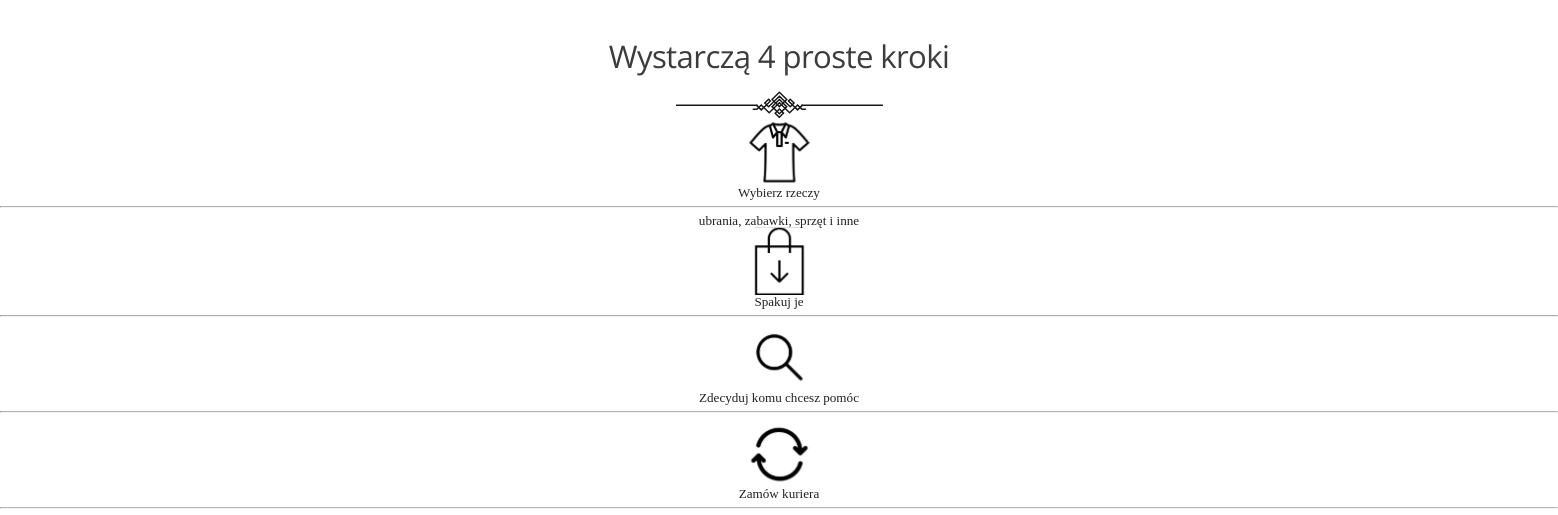
Repository: tomekwoojcik/oddam-w-dobre-rence
Page: /
The author's editor kept a copy of each file at every save. The page is drawn from the files as they stood at one save, then again after the next save.
The browser window is 1280 px wide. The page is 1900 px wide, so the pictures cover 1900 px, including what lies to the right of the window. The pictures show the part of the page from y = 1354 to 1998 px (the page is 1982 px tall before and 1998 px after), at 82% of full size.
The project was rebuilt for these pictures with package versions that can differ from the ones it lists, and the page was loaded fresh each time. Also part of the build but not shown: src/pages/logIn/logIn.js, src/pages/register/register.js.

Above is the page before, as saved 2022-12-07 20:31:37.

### public/index.html
<!DOCTYPE html>
<html lang="en">
  <head>
    <meta charset="utf-8" />
    <link rel="icon" href="%PUBLIC_URL%/favicon.ico" />
    <meta name="viewport" content="width=device-width, initial-scale=1" />
    <meta name="theme-color" content="#000000" />
    <meta
      name="description"
      content="Web site created using create-react-app"
    />
    <link rel="apple-touch-icon" href="%PUBLIC_URL%/logo192.png" />
    <link rel="manifest" href="%PUBLIC_URL%/manifest.json" />
    <title>React App</title>
    <link rel="preconnect" href="https://fonts.googleapis.com">
    <link rel="preconnect" href="https://fonts.gstatic.com" crossorigin>
    <link
      href="https://fonts.googleapis.com/css2?family=Merriweather:ital,wght@0,300;0,400;0,700;0,900;1,300;1,400;1,700;1,900&family=Open+Sans:ital,wght@0,300;0,400;0,500;0,600;0,700;0,800;1,300;1,400;1,500;1,600;1,700;1,800&display=swap"
      rel="stylesheet">
  </head>
  <body>
    <div id="root"></div>
  </body>
</html>

### src/index.js
import React from 'react'
import ReactDOM from 'react-dom/client'
import './scss/main.scss'
import App from './App'
import reportWebVitals from './reportWebVitals'

const root = ReactDOM.createRoot(document.getElementById('root'))
root.render(
  <React.StrictMode>
    <App />
  </React.StrictMode>
)

// If you want to start measuring performance in your app, pass a function
// to log results (for example: reportWebVitals(console.log))
// or send to an analytics endpoint. Learn more: https://bit.ly/CRA-vitals
reportWebVitals()

### src/scss/main.scss
@import './reset';
@import './settings/colors';
@import './settings/fonts';
@import '../components/atoms/buttonsMenu/buttonsMenu';
@import '../components/molecules/navMenu/navMenu';
@import '../components/atoms/buttonsLoginLogout/buttonsLoginLogout';
@import '../components/molecules/navLoginLogout/navLoginLogout';
@import '../components/molecules/menu/menu';
@import '../components/atoms/photoInHeader/photoInHeader.scss';
@import '../components/organisms/header/header';
@import '../components/atoms/partTextInHeader/firstPartText';
@import '../components/molecules/rightPart/rightPart';
@import '../components/molecules/textInHeader/textInHeader';
@import '../components/atoms/decorationAssets/decorationAssets';
@import '../components/molecules/menuRightPartContext/menuRightPartContext';
@import '../components/atoms/buttonsInRightPartContext/buttonsInRightPartContext';
@import '../components/organisms/threeColumns/threeColumns';
@import '../pages/home/home';
@import '../components/molecules/oneColumn/oneColumn';
@import '../components/atoms/counterInColumn/counterInColumn';
@import '../components/atoms/titleInColumn/titleInColumn';
@import '../components/atoms/textInColumn/textInColumn';
@import '../components/atoms/simpleStepsTitle/simpleStepsTitle';
@import '../components/organisms/simpleSteps/simpleSteps';

* {
    font-family: $font-base;
}

### src/App.js
/* eslint-disable react/react-in-jsx-scope */
import { Outlet, Route, Routes } from 'react-router'
import { BrowserRouter } from 'react-router-dom'
import Home from './pages/home/home'
import './App.css'
import LogIn from './pages/logIn/logIn'
import Register from './pages/register/register'

function App () {
  return (
    <div className="App">
      <Outlet />
      <BrowserRouter>
        <Routes>
          <Route path='/' element={<Home />} />
          <Route path='logowanie' element={<LogIn />} />
          <Route path='rejestracja' element={<Register />} />
        </Routes>

      </BrowserRouter>
    </div>
  )
}

export default App

### src/scss/settings/_colors.scss
$white-color: #F0F1F1;
$mustard-color: #5E5322;
$strong-yellow-color: #FAD648;
$grey-color: #737373;
$black-color: #3C3C3C;

### src/components/atoms/buttonsMenu/_buttonsMenu.scss
@import '../../../scss/settings/fonts';
@import '../../../scss/settings/colors';

.buttonItem {
    .button {
        font-size: 18px;
        padding: 9px 20px;
        color: $black-color;
        text-decoration: none;
        font-family: $font-base;
        border: 0.75px solid white;
    }

    .button:hover{
        border: 0.75px solid $black-color;
    }
}

### src/components/molecules/navMenu/_navMenu.scss
@import '../../../scss/settings/fonts';
@import '../../../scss/settings/colors';

.buttonList {
    margin-top: 10px;
    display: flex;
    flex-direction: row;
    justify-content: flex-end;
    margin-right: 142px;
}

### src/components/atoms/buttonsLoginLogout/_buttonsLoginLogout.scss
@import '../../../scss/settings/fonts';
@import '../../../scss/settings/colors';

.buttonMenuItems {
    .buttonMenu {
        font-family: $font-base;
        font-size: 14px;
        text-decoration: none;
        color: $grey-color;
        padding: 9px 10px;
        margin-left: 20px;
        border: 0.75px solid white;
    }

    .buttonMenu:hover{
        border-color: $strong-yellow-color;
    }
}

### src/components/molecules/navLoginLogout/_navLoginLogout.scss
.buttonMenuList{
    display: flex;
    flex-direction: row;
    justify-content: flex-end;
    margin-right: 142px;
    margin-bottom: 60px;
}

### src/components/molecules/menu/_menu.scss
.menu {
    width: 100%;
    margin-top: 37px;
    flex-direction: column;
}

### src/components/atoms/photoInHeader/_photoInHeader.scss
.photoHeader {
    width: 885px;
    height: 963px;
}

### src/components/organisms/header/_header.scss
.header {
    display: flex;
    flex-direction: row;
    width: 1758px;
}

### src/components/atoms/partTextInHeader/_firstPartText.scss
@import '../../../scss/settings/fonts';
@import '../../../scss/settings/colors';

.textInHeader{
    font-family: $font-base;
    font-size: 38px;
    margin-bottom: 10px;
}

### src/components/molecules/rightPart/_rightPart.scss
.rightPartHeader{
    display: flex;
    flex-direction: column;
}

### src/components/molecules/textInHeader/_textInHeader.scss
.textIn{
    margin-top: 210px;
}

### src/components/atoms/decorationAssets/_decorationAssets.scss
.decorationAssets {
    width: 253px;
    height: 33px;
    align-self: center;
    margin-top: 25px;
}

### src/components/molecules/menuRightPartContext/_menuRightPartContext.scss
.menuRightPartContext{
    display: flex;
    flex-direction: row;
    justify-content: center;
    margin-top: 65px;
}

### src/components/atoms/buttonsInRightPartContext/_buttonsInRightPartContext.scss
@import '../../../scss/settings/fonts';
@import '../../../scss/settings/colors';
@import '../../../scss/settings/otherVariables';

.buttonItemMenuContext {
    width: 250px;
    border: $border;
    padding: 13px 51px;

    .buttonMenuContext {

        text-transform: uppercase;
        text-decoration: none;
        color: $black-color;
        font-size: 36px;
        letter-spacing: 0.76px;
        word-wrap: break-word;
        font-family: $font-base;
        font-weight: 300;
    }

}

.buttonItemMenuContext:nth-child(2) {
    margin-left: 44px;
}

### src/scss/settings/_otherVariables.scss
@import '../settings/colors';
@import '../settings/colors';

$border: 0.75px solid $black-color;

### src/components/organisms/threeColumns/_threeColumns.scss
.threeColumns{
    background: url(../../../assets/backGround.png) ;
    width: 100%;
    display: flex;
    flex-direction: row;
    justify-content: space-around;
}

### src/pages/home/_home.scss
.homePage{
    width: 1900px;
    margin: 0 auto;
}

### src/components/molecules/oneColumn/_oneColumn.scss
.oneColumn {
    display: flex;
    flex-direction: column;
    justify-content: center;
    width: 334px;
    height: 252px;
    padding-top: 46px;
    padding-bottom: 86px;

}

### src/components/atoms/counterInColumn/_counterInColumn.scss
@import '../../../scss/settings/fonts';
@import '../../../scss/settings/colors';
@import '../../../scss/settings/otherVariables';

.counterColumn{
    font-size: 90px;
    font-family: $font-base;
    color: $mustard-color;
    font-weight: 300;
}

### src/components/atoms/titleInColumn/_titleInColumn.scss
@import '../../../scss/settings/fonts';
@import '../../../scss/settings/colors';
@import '../../../scss/settings/otherVariables';

.titleColumn{
    text-transform: uppercase;
    font-size: 18px;
    font-family: $font-base;
    letter-spacing: -0.36px;
    color: $black-color;
    margin: 10px 0 28px 0;

}

### src/components/atoms/textInColumn/_textInColumn.scss
@import '../../../scss/settings/fonts';
@import '../../../scss/settings/colors';
@import '../../../scss/settings/otherVariables';


.textColumn{
    font-family: $font-alt;
    font-size: 16px;
    font-weight: lighter;
    color: $black-color;
    letter-spacing: -0.32px;
    line-height: 25px;
}

### src/components/atoms/simpleStepsTitle/_simpleStepsTitle.scss
@import '../../../scss/settings/fonts';
@import '../../../scss/settings/colors';
@import '../../../scss/settings/otherVariables';

.simpleStepsTitle {
    font-size: 38px;
    font-family: $font-base;
    letter-spacing: -0.76px;
    color: $black-color;
    font-weight: 300;
}

### src/components/organisms/simpleSteps/_simpleSteps.scss
.simpleSteps{
    margin-top: 55px;
}

### src/pages/home/home.js
import React from 'react'
import Header from '../../components/organisms/header/header'
import SimpleSteps from '../../components/organisms/simpleSteps/simpleSteps'
import ThreeColumns from '../../components/organisms/threeColumns/threeColumns'

const Home = () => {
  return (
    <div className='homePage'>
      <Header />
      <ThreeColumns />
      <SimpleSteps/>
    </div>
  )
}

export default Home

### src/components/organisms/header/header.js
import React from 'react'
import PhotoInHeader from '../../atoms/photoInHeader/photoInHeader'
import RightPart from '../../molecules/rightPart/rightPart'
const Header = () => {
  return (
    <header className='header'>
      <PhotoInHeader />
      <RightPart />
    </header>

  )
}

export default Header

### src/components/organisms/simpleSteps/simpleSteps.js
import React from 'react'
import SimpleStepsTitle from '../../atoms/simpleStepsTitle/simpleStepsTitle'
import DecorationAssets from '../../atoms/decorationAssets/decorationAssets'
import SimpleStepsBar from '../../molecules/simpleStepsBar/simpleStepsBar'

const SimpleSteps = () => {
  return (
    <div className='simpleSteps'>
          <SimpleStepsTitle text={'Wystarczą 4 proste kroki'} />
          <DecorationAssets />
          <SimpleStepsBar/>
    </div>
  )
}

export default SimpleSteps

### src/components/organisms/threeColumns/threeColumns.js
import React from 'react'
import OneColumn from '../../molecules/oneColumn/oneColumn'

const ThreeColumns = () => {
  return (
        <div className='threeColumns'>
          <OneColumn counter={'10'} title={'Oddanych worków'} text={'Lorem ipsum dolor sit amet, consectetur adipisc Pellentesque vel enim a elit viverra elementuma. Aliquam erat volutpat.'} />
          <OneColumn counter={'5'} title={'Wspartych organizacji'} text={'Lorem ipsum dolor sit amet, consectetur adipisc Pellentesque vel enim a elit viverra elementuma. Aliquam erat volutpat.'} />
          <OneColumn counter={'7'} title={'Zorganizowanych zbiórek'} text={'Lorem ipsum dolor sit amet, consectetur adipisc Pellentesque vel enim a elit viverra elementuma. Aliquam erat volutpat.'} />
        </div>
  )
}

export default ThreeColumns

### src/components/atoms/photoInHeader/photoInHeader.js
import React from 'react'
import Image from '../../../assets/Home-Hero-Image.jpg'

const PhotoInHeader = () => {
  return (
    <img className='photoHeader' src={Image} />
  )
}

export default PhotoInHeader

### src/components/molecules/rightPart/rightPart.js
import React from 'react'
import Menu from '../menu/menu'
import RightPartContext from '../rightPartContext/rightPartContext'

const RightPart = () => {
  return (
    <div className='rightPartHeader'>
      <Menu />
      <RightPartContext />
    </div>
  )
}

export default RightPart

### src/components/atoms/simpleStepsTitle/simpleStepsTitle.js
/* eslint-disable react/prop-types */
import React from 'react'

const SimpleStepsTitle = ({ text }) => {
  return (
        <h4 className='simpleStepsTitle'>{text}</h4>
  )
}

export default SimpleStepsTitle

### src/components/atoms/decorationAssets/decorationAssets.js
import React from 'react'
import DecoratorImage from '../../../assets/Decoration.svg'
const DecorationAssets = () => {
  return (
        <img className="decorationAssets" src={DecoratorImage} />
  )
}

export default DecorationAssets

### src/components/molecules/simpleStepsBar/simpleStepsBar.js
import React from 'react'
import SimpleStepsColumn from '../../atoms/simpleStepsColumn/simpleStepsColumn'
import IconOne from '../../../assets/Icon-1.svg'
import IconSec from '../../../assets/Icon-2.svg'
import IconThr from '../../../assets/Icon-3.svg'
import IconFou from '../../../assets/Icon-4.svg'

const SimpleStepsBar = () => {
  return (
        <div className='simpleStepsBar'>
          <SimpleStepsColumn source={IconOne} simpleStepsColumnTitle={'Wybierz rzeczy'} simpleStepsColumnText={'ubrania, zabawki, sprzęt i inne'} />
          <SimpleStepsColumn source={IconSec} simpleStepsColumnTitle={'Spakuj je'} simpleStepsColumnText={''} />
          <SimpleStepsColumn source={IconThr} simpleStepsColumnTitle={'Zdecyduj komu chcesz pomóc'} simpleStepsColumnText={''} />
          <SimpleStepsColumn source={IconFou} simpleStepsColumnTitle={'Zamów kuriera'} simpleStepsColumnText={''} />
        </div>
  )
}

export default SimpleStepsBar

### src/components/molecules/oneColumn/oneColumn.js
/* eslint-disable react/prop-types */
import React from 'react'
import CounterInColumn from '../../atoms/counterInColumn/counterInColumn'
import TextInColumn from '../../atoms/textInColumn/textInColumn'
import TitleInColumn from '../../atoms/titleInColumn/titleInColumn'

const OneColumn = ({ counter, title, text }) => {
  return (
        <div className='oneColumn'>
            <CounterInColumn counterColumn={counter} />
            <TitleInColumn titleColumn={title} />
            <TextInColumn textColumn={text} />
        </div>
  )
}

export default OneColumn

### src/components/molecules/menu/menu.js
import React from 'react'
import NavLoginLogout from '../navLoginLogout/navLoginLogout'
import NavMenu from '../navMenu/navMenu'

const Menu = () => {
  return (
    <div className='menu'>
      <NavLoginLogout />
      <NavMenu />
    </div>
  )
}

export default Menu

### src/components/molecules/rightPartContext/rightPartContext.js
import React from 'react'
import DecorationAssets from '../../atoms/decorationAssets/decorationAssets'
import MenuRightPartContext from '../menuRightPartContext/menuRightPartContext'
import TextInHeader from '../textInHeader/textInHeader'

const RightPartContext = () => {
  return (
      <div className='rightPartContext'>
          <TextInHeader />
          <DecorationAssets />
          <MenuRightPartContext/>
        </div>
  )
}

export default RightPartContext

### src/components/atoms/simpleStepsColumn/simpleStepsColumn.js
/* eslint-disable react/prop-types */
import React from 'react'

const SimpleStepsColumn = ({ source, simpleStepsColumnTitle, simpleStepsColumnText }) => {
  return (
    <div className='simpleStepsColumn'>
          <img src={source} />
          <h4>{simpleStepsColumnTitle}</h4>
          <hr />
          <p>{simpleStepsColumnText}</p>
    </div>
  )
}

export default SimpleStepsColumn

### src/components/atoms/counterInColumn/counterInColumn.js
/* eslint-disable react/prop-types */
import React from 'react'

const CounterInColumn = ({ counterColumn }) => {
  return (
    <h3 className='counterColumn'>{counterColumn}</h3>
  )
}

export default CounterInColumn

### src/components/atoms/textInColumn/textInColumn.js
/* eslint-disable react/prop-types */
import React from 'react'

const TextInColumn = ({ textColumn }) => {
  return (
      <p className='textColumn'>{ textColumn }</p>
  )
}

export default TextInColumn

### src/components/atoms/titleInColumn/titleInColumn.js
/* eslint-disable react/prop-types */
import React from 'react'

const TitleInColumn = ({ titleColumn }) => {
  return (
      <h4 className='titleColumn'>{titleColumn}</h4>
  )
}

export default TitleInColumn

### src/components/molecules/navLoginLogout/navLoginLogout.js
import React from 'react'
import ButtonsLoginLogout from '../../atoms/buttonsLoginLogout/buttonsLoginLogout'

const NavLoginLogout = () => {
  return (
        <ul className='buttonMenuList'>
          <ButtonsLoginLogout source={'logowanie'} buttonName={'Zaloguj'} />
          <ButtonsLoginLogout source={'rejestracja'} buttonName={'Załóź konto'} />
        </ul>
  )
}

export default NavLoginLogout

### src/components/molecules/navMenu/navMenu.js
import React from 'react'
import ButtonsMenu from '../../atoms/buttonsMenu/buttonsMenu'

const NavMenu = () => {
  return (
        <ul className='buttonList'>
          <ButtonsMenu source={'/'} linkName={'Start'} />
          <ButtonsMenu source={'/'} linkName={'O co chodzi?'} />
          <ButtonsMenu source={'/'} linkName={'O nas'} />
          <ButtonsMenu source={'/'} linkName={'Fundacje i organizacje'} />
          <ButtonsMenu source={'/'} linkName={'Kontakt'} />
        </ul>
  )
}

export default NavMenu

### src/components/molecules/menuRightPartContext/menuRightPartContext.js
import React from 'react'
import ButtonsInRightPartContext from '../../atoms/buttonsInRightPartContext/buttonsInRightPartContext'

const MenuRightPartContext = () => {
  return (
      <ul className='menuRightPartContext'>
      <ButtonsInRightPartContext source={'#'} buttonName={'Oddaj rzeczy'} />
      <ButtonsInRightPartContext source={'#'} buttonName={'Zorganizuj zbiórke'} />
    </ul>
  )
}

export default MenuRightPartContext

### src/components/molecules/textInHeader/textInHeader.js
import React from 'react'
import FirstPartText from '../../atoms/partTextInHeader/firstPartText'

const TextInHeader = () => {
  return (
        <div className='textIn'>
          <FirstPartText textHeader={'Zacznij pomagać!'} />
          <FirstPartText textHeader={'Oddaj niechciane rzeczy w zaufane ręce'} />
        </div>
  )
}

export default TextInHeader

### src/components/atoms/buttonsLoginLogout/buttonsLoginLogout.js
/* eslint-disable react/prop-types */
import React from 'react'
import { NavLink } from 'react-router-dom'

const ButtonsLoginLogout = ({ source, buttonName }) => {
  return (
        <li className='buttonMenuItems'><NavLink className='buttonMenu' to={source}>{buttonName}</NavLink></li>
  )
}

export default ButtonsLoginLogout

### src/components/atoms/buttonsMenu/buttonsMenu.js
import React from 'react'
import { NavLink } from 'react-router-dom'

// eslint-disable-next-line react/prop-types
const ButtonsMenu = ({ source, linkName }) => {
  return (
        <li className='buttonItem'><NavLink className="button" to={source}>{linkName}</NavLink></li>
  )
}

export default ButtonsMenu

### src/components/atoms/buttonsInRightPartContext/buttonsInRightPartContext.js
import React from 'react'
import { NavLink } from 'react-router-dom'

// eslint-disable-next-line react/prop-types
const ButtonsInRightPartContext = ({ source, buttonName }) => {
  return (
    <li className='buttonItemMenuContext'><NavLink className='buttonMenuContext' to={source}>{buttonName}</NavLink></li>
  )
}

export default ButtonsInRightPartContext

### src/components/atoms/partTextInHeader/firstPartText.js
import React from 'react'

// eslint-disable-next-line react/prop-types
const FirstPartText = ({ textHeader }) => {
  return (
    <h3 className='textInHeader'>{textHeader}</h3>
  )
}

export default FirstPartText

Loaded but not shown: src/reportWebVitals.js (common file); src/scss/_reset.scss (common file); src/scss/settings/_fonts.scss (common file); src/App.css (common file)

After the next save:
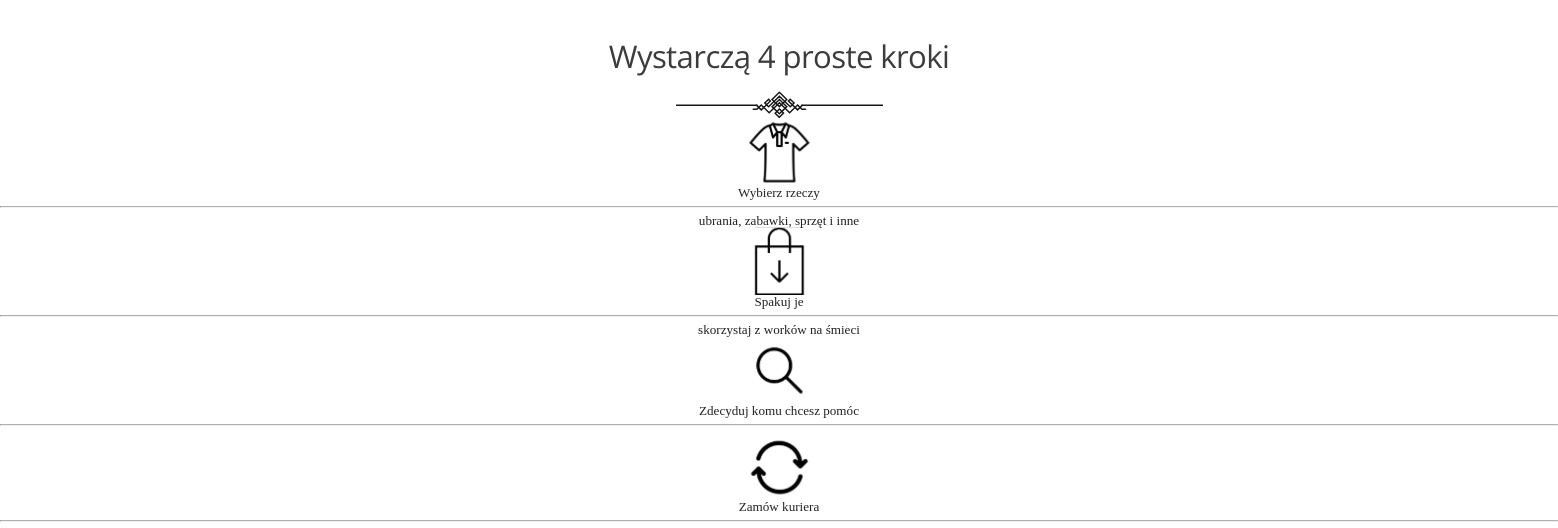
Saved 12 s later.
--- a/src/components/molecules/simpleStepsBar/simpleStepsBar.js
+++ b/src/components/molecules/simpleStepsBar/simpleStepsBar.js
@@ -9,7 +9,7 @@ const SimpleStepsBar = () => {
   return (
         <div className='simpleStepsBar'>
           <SimpleStepsColumn source={IconOne} simpleStepsColumnTitle={'Wybierz rzeczy'} simpleStepsColumnText={'ubrania, zabawki, sprzęt i inne'} />
-          <SimpleStepsColumn source={IconSec} simpleStepsColumnTitle={'Spakuj je'} simpleStepsColumnText={''} />
+          <SimpleStepsColumn source={IconSec} simpleStepsColumnTitle={'Spakuj je'} simpleStepsColumnText={'skorzystaj z worków na śmieci'} />
           <SimpleStepsColumn source={IconThr} simpleStepsColumnTitle={'Zdecyduj komu chcesz pomóc'} simpleStepsColumnText={''} />
           <SimpleStepsColumn source={IconFou} simpleStepsColumnTitle={'Zamów kuriera'} simpleStepsColumnText={''} />
         </div>
